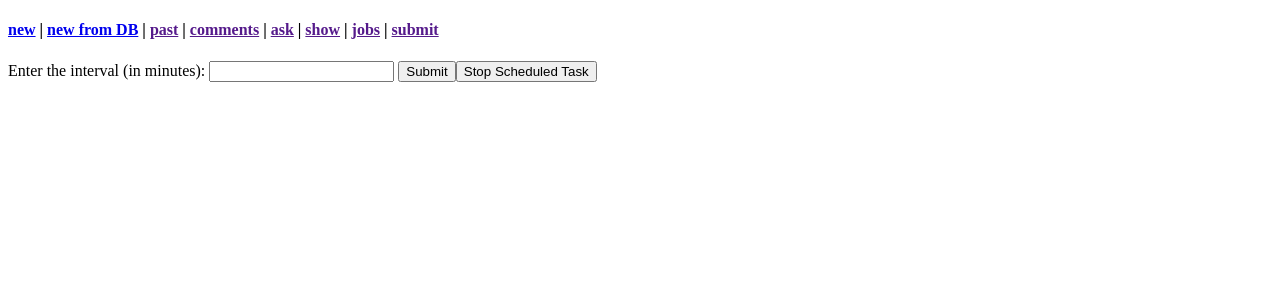
Repository: akshatmaheshwar/HackerNews-Clone
Page: http://localhost/HackerNews/dbnewest
The author's editor kept a copy of each file at every save. The page is drawn from the files as they stood at one save, then again after the next save.
The browser window is 1280 px wide. The pictures show the whole page.
The page is served by Tomcat 10. Other server files are loaded and not shown. Queries for data that is not in the repository find no rows.

Above is the page before, as saved 2023-10-12 03:16:52.

### HackerNews/src/main/webapp/newest.jsp
<%@ page language="java" contentType="text/html; charset=ISO-8859-1"
    pageEncoding="ISO-8859-1"%>
    <%@ page import="java.util.ArrayList" %>
    <%@ page import="java.util.Iterator" %>
    <%@ page import="java.net.URI" %>
    <%@ page import="com.example.newest.Posts" %>
<!DOCTYPE html>
<html>
<head>
<meta charset="ISO-8859-1">
<title>Hacker News</title>
</head>
<body>
<%!
String timeDiff(Long timeStamp){
	long epoch = System.currentTimeMillis()/1000;
	long difference = epoch - timeStamp;
	if(difference/86400>0)return (difference/86400) + " days ago";
	if(difference/3600>0) return (difference/3600) + " hours ago";
	if (difference/60>0) return (difference/60) + " minutes ago";
	return (difference) + " seconds ago";
}
String getDomainName(String url){
	URI uri;
	try{
		uri = new URI(url);
		String host = uri.getHost();
		String domainName = host.startsWith("www.") ? host.substring(4) : host;
		return "(" + domainName + ")";
	}catch(Exception e){
		System.out.println(e);
	}
	return "";
}
%>
<h4> <a href ="newest">new</a>&nbsp;|&nbsp;<a href ="dbnewest">new from DB</a>&nbsp;|&nbsp;<a href ="">past</a>&nbsp;|&nbsp;<a href ="">comments</a>&nbsp;|&nbsp;<a href ="">ask</a>&nbsp;|&nbsp;<a href ="">show</a>&nbsp;|&nbsp;<a href ="">jobs</a>&nbsp;|&nbsp;<a href ="">submit</a></h4>
<% int startNo = 1;
if(request.getAttribute("pagination")!=null)startNo = (int)request.getAttribute("pagination")-29;%>
	<div style="display: flex;"><form action="scheduledservlet" method="post">
        Enter the interval (in minutes): <input type="text" name="intervalMinutes" required>
        <input type="submit" value="Submit">
    </form>
    <form action="stopscheduledservlet" method="post"><input type="submit" value="Stop Scheduled Task"></form></div>
<ol start = <%=startNo%>>
     <%
    ArrayList<Posts> postList = (ArrayList<Posts>)request.getAttribute("postList");

    if (postList != null) {
        Iterator<Posts> iterator = postList.iterator();
        while (iterator.hasNext()) {
            Posts item = iterator.next();
%>
            <li><span><a href ="<%=item.getUrl()%>"><%= item.getTitle() %></a> <%= getDomainName(item.getUrl())%> </span>
            <p><%=item.getScore()%> point &nbsp; Posted by <%=item.getBy() %> &nbsp; <%= timeDiff(item.getTime()) %><%if(item.getKids()!=null){%> &nbsp; <%=item.getKids().size()%> comments<%}%></p></li>
<%
        }
    }
%>
</ol>
<%if(request.getAttribute("pagination")!=null&&postList!=null&&!postList.isEmpty()){%> <a href = "dbnewest?pagination=${pagination}"> More</a><%} %>
</body>
</html>

### HackerNews/src/main/java/com/example/newest/DBNewestServlet.java
package com.example.newest;

import jakarta.servlet.ServletException;
import jakarta.servlet.annotation.WebServlet;
import jakarta.servlet.http.HttpServlet;
import jakarta.servlet.http.HttpServletRequest;
import jakarta.servlet.http.HttpServletResponse;
import java.io.IOException;
import java.math.BigDecimal;
import java.net.URL;
import java.sql.Connection;
import java.sql.DriverManager;
import java.sql.PreparedStatement;
import java.sql.ResultSet;
import java.sql.SQLException;
import java.sql.Statement;
import java.sql.Timestamp;
import java.time.Instant;
import java.util.ArrayList;
import java.util.List;
import java.util.Scanner;

import javax.net.ssl.HttpsURLConnection;

import com.fasterxml.jackson.databind.ObjectMapper;
@WebServlet("/dbnewest")
public class DBNewestServlet extends HttpServlet {
	private static final long serialVersionUID = 1L;

    public DBNewestServlet() {
        super();
    }
	protected void doGet(HttpServletRequest request, HttpServletResponse response) throws ServletException, IOException {
		int pagination = 0;
		if(request.getParameter("pagination")!=null)pagination = Integer.parseInt(request.getParameter("pagination"));
	    try {
			Class.forName("com.mysql.cj.jdbc.Driver");
		} catch (ClassNotFoundException e) {
			e.printStackTrace();
		}
	    try(Connection con = DriverManager.getConnection("jdbc:mysql://localhost:3306/HackerNews","root","root")){
	    	Statement st = con.createStatement();
	    	ResultSet rs = st.executeQuery("SELECT * FROM HackerNewsPost ORDER BY time DESC LIMIT 30 OFFSET " + pagination );
	    	List<Posts> postList = new ArrayList<Posts>();
	    	while(rs.next()) {
	    		Posts post = new Posts();
	    		post.setId(rs.getInt("id"));
	    		post.setBy(rs.getString("posted_by"));
	    		post.setDescendants(rs.getInt("descendants"));
	    		post.setScore(rs.getInt("score"));
	    		post.setText(rs.getString("text"));
	    		post.setTime(rs.getLong("time"));
	    		post.setTitle(rs.getString("title"));
	    		post.setType(rs.getString("type"));
	    		post.setUrl(rs.getString("url"));
	    		postList.add(post);
	    	}
	    	request.setAttribute("postList", postList);
	    }catch(Exception e) {e.printStackTrace();}
	    request.setAttribute("pagination", pagination+30);
        request.getRequestDispatcher("/newest.jsp").forward(request, response);

	}

	protected void doPost(HttpServletRequest request, HttpServletResponse response) throws ServletException, IOException {

		URL urlObj = new URL("https://hacker-news.firebaseio.com/v0/newstories.json?print=pretty");
		HttpsURLConnection connection = (HttpsURLConnection) urlObj.openConnection();
		connection.setRequestMethod("GET");
		int responseCode = connection.getResponseCode();

		if(responseCode == HttpsURLConnection.HTTP_OK) {
			StringBuilder sb = new StringBuilder();
			Scanner sc = new Scanner(connection.getInputStream());

			while(sc.hasNext())sb.append(sc.nextLine());
			sc.close();

			ObjectMapper om = new ObjectMapper();
			@SuppressWarnings("unchecked")
			List<Integer> jsonArr = om.readValue(sb.toString(),List.class);
			List<Posts> postList = new ArrayList<Posts>();

			for(int i=0;i<30;i++) {
				URL urlObj1 = new URL("https://hacker-news.firebaseio.com/v0/item/"+jsonArr.get(i)+".json?print=pretty");
				HttpsURLConnection connection1 = (HttpsURLConnection) urlObj1.openConnection();
				connection1.setRequestMethod("GET");
				int responseCode1 = connection1.getResponseCode();

				if(responseCode1 == HttpsURLConnection.HTTP_OK) {
					StringBuilder sb1 = new StringBuilder();
					Scanner sc1 = new Scanner(connection1.getInputStream());

					while(sc1.hasNext())sb1.append(sc1.nextLine());
					sc1.close();

					ObjectMapper om1 = new ObjectMapper();
					try{
						Posts post = om1.readValue(sb1.toString(),Posts.class);
						postList.add(post);
					}catch(Exception e) {
						System.out.println(e);
					}
				}
			}
			try {
			    Class.forName("com.mysql.cj.jdbc.Driver");
			} catch (ClassNotFoundException e) {
			    e.printStackTrace();
			}
			try(Connection con = DriverManager.getConnection("jdbc:mysql://localhost:3306/HackerNews","root","root")){
				try(PreparedStatement pst = con.prepareStatement("INSERT IGNORE INTO HackerNewsPost(id,posted_by,descendants,score,text,time,title,type,url) values(?,?,?,?,?,?,?,?,?)")){
					for(Posts post : postList) {
						pst.setInt(1, post.getId());
						pst.setString(2, post.getBy());
						pst.setInt(3, post.getDescendants());
						pst.setInt(4, post.getScore());
						pst.setString(5, post.getText());
						pst.setBigDecimal(6, new BigDecimal(post.getTime()));
						pst.setString(7,post.getTitle());
						pst.setString(8, post.getType());
						pst.setString(9,post.getUrl());
						pst.executeUpdate();
					}
					System.out.println("Updated DB successfully!");
				}catch(Exception e) {e.printStackTrace();}
			}catch(Exception e) {e.printStackTrace();}
//			request.setAttribute("postList", postList);
//			request.getRequestDispatcher("/comments").forward(request, response);
		}
	}

}

After the next save:
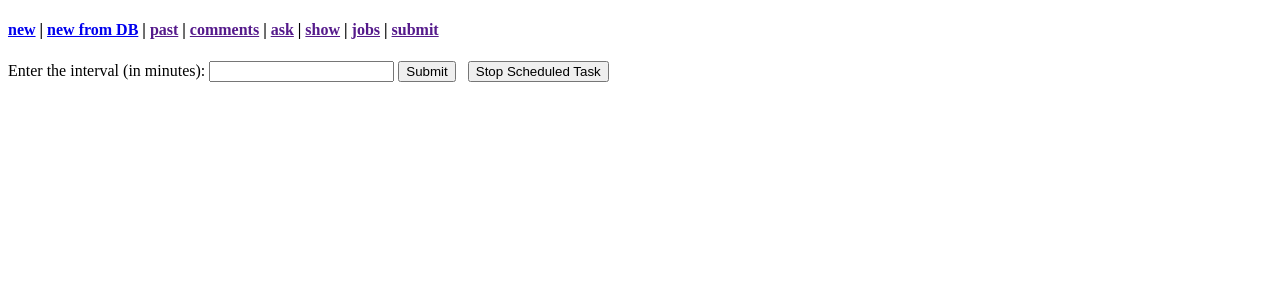
Saved 58 s later.
--- a/HackerNews/src/main/webapp/newest.jsp
+++ b/HackerNews/src/main/webapp/newest.jsp
@@ -39,7 +39,7 @@ if(request.getAttribute("pagination")!=null)startNo = (int)request.getAttribute(
 	<div style="display: flex;"><form action="scheduledservlet" method="post">
         Enter the interval (in minutes): <input type="text" name="intervalMinutes" required>
         <input type="submit" value="Submit">
-    </form>
+    </form> &nbsp; &nbsp;
     <form action="stopscheduledservlet" method="post"><input type="submit" value="Stop Scheduled Task"></form></div>
 <ol start = <%=startNo%>>
      <%
